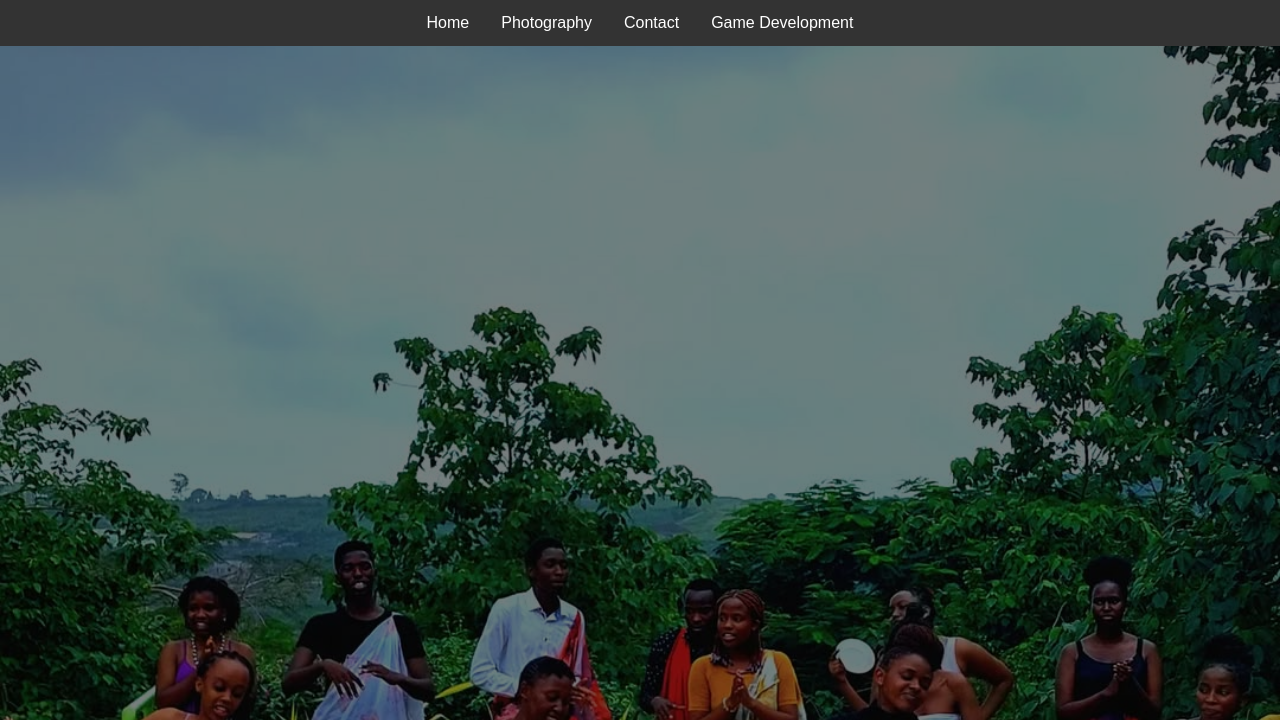
Repository: Argivist/ArgPortfolio
Page: blender/index.html
These files come from the project's save history. The page is drawn as it stood at one moment and after the next save; the edit follows.
The browser window is 1280 px wide. The pictures show the whole page.

Above is the page before, as saved 2025-03-28 15:57:49.

After the next save:
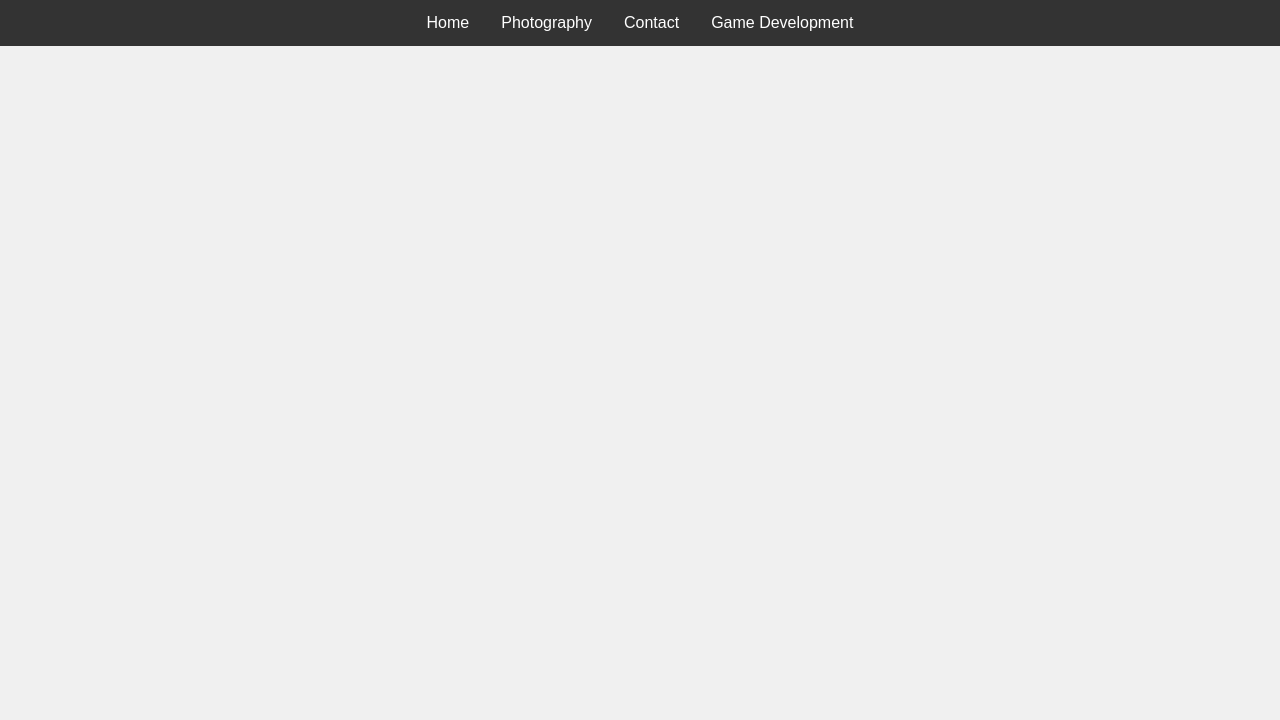
Saved 16 s later.
--- a/blender/index.html
+++ b/blender/index.html
@@ -6,7 +6,7 @@
     <meta name="viewport" content="width=device-width, initial-scale=1.0">
     <link rel="stylesheet" href="../css/styles.css">
     <link rel="stylesheet" href="../css/nav.css">
-    <link rel="stylesheet" href="../css/home.css">
+    <link rel="stylesheet" href="../css/blender.css">
 
 
     <title>Hutton Amison-Addy</title>
